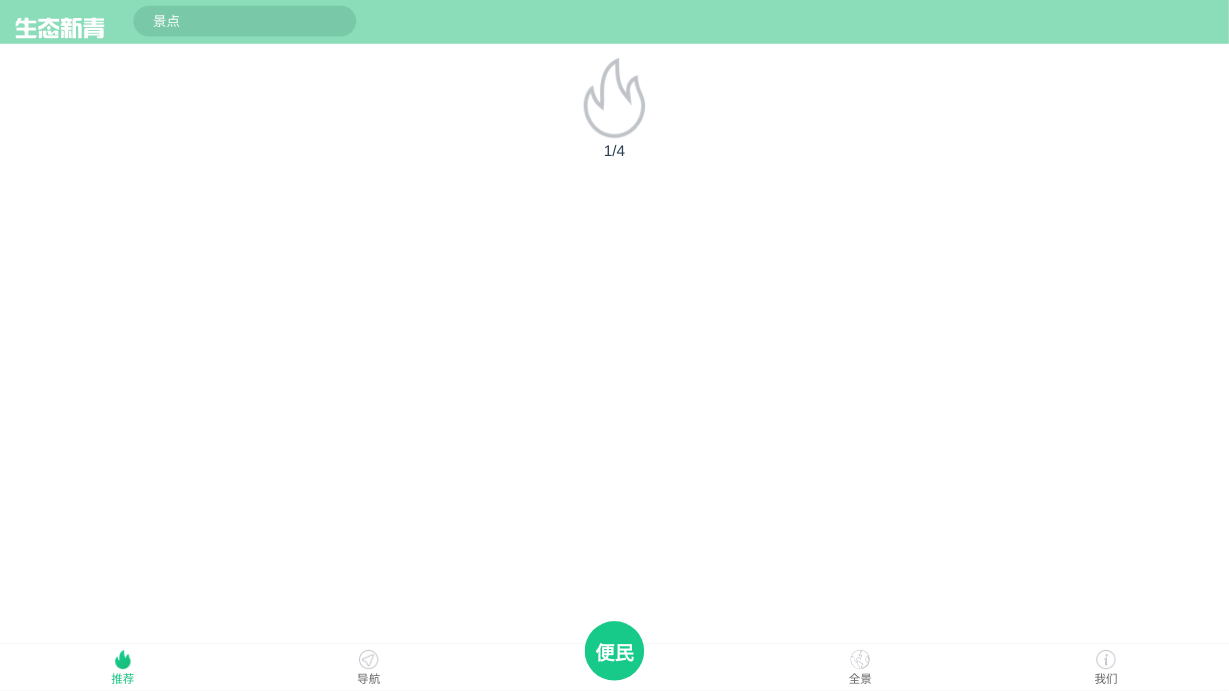
Repository: huye123/stcq
Page: /
An editor plug-in stored every save of this project. The page is shown before and after the next save, followed by the edit.
The browser window is 1280 px wide. The pictures show the whole page, at 96% of full size.
The project was rebuilt for these pictures with package versions that can differ from the ones it lists, and the page was loaded fresh each time. Also part of the build but not shown: src/components/search.vue.

Above is the page before, as saved 2019-06-29 09:37:39.

After the next save:
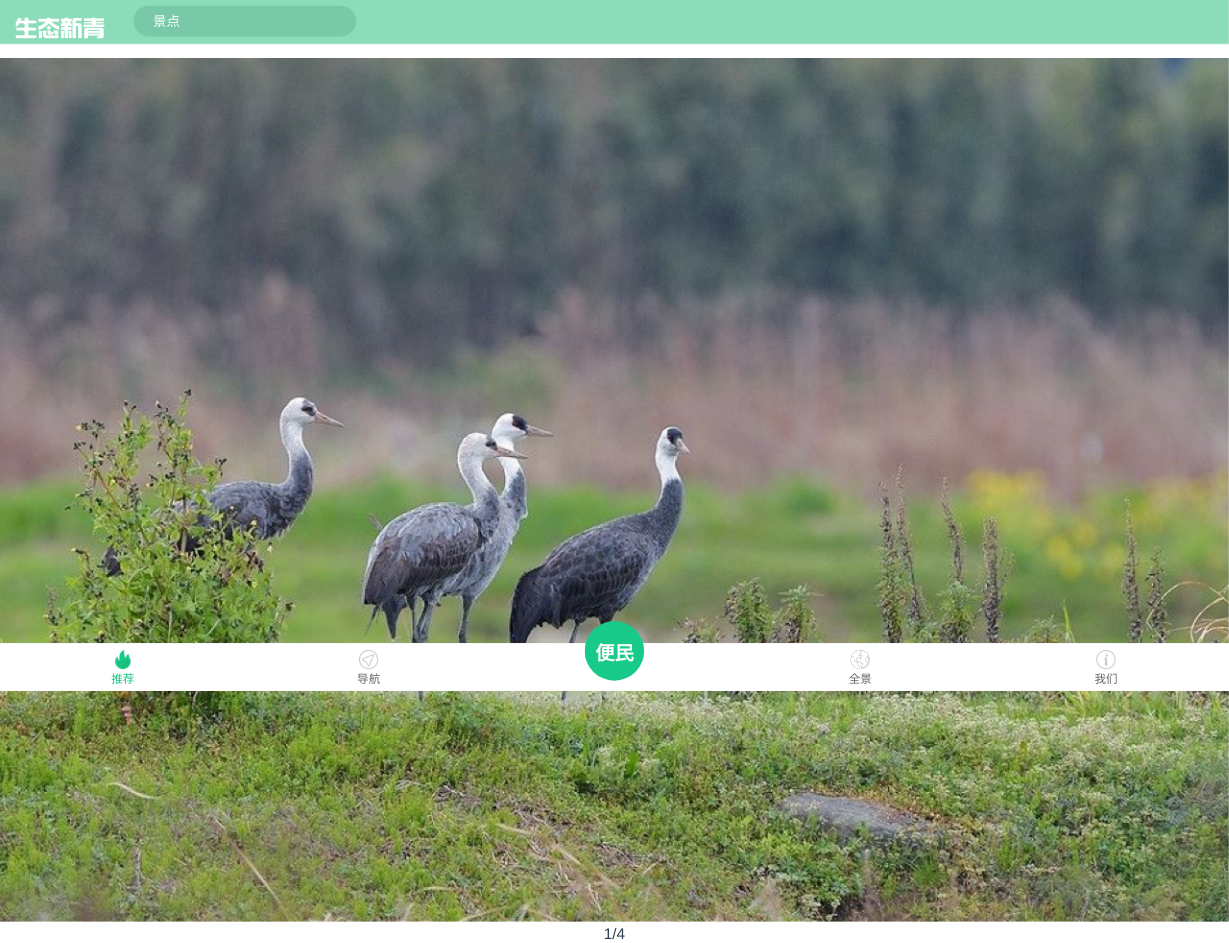
Saved 14 s later.
--- a/src/components/HelloWorld.vue
+++ b/src/components/HelloWorld.vue
@@ -34,7 +34,7 @@ export default {
     return {
        current: 0,
        banner:{
-         imgFirst:'../static/image/tuijian-n.png',
+         imgFirst:'../static/image/banner.png',
 
        }
 
